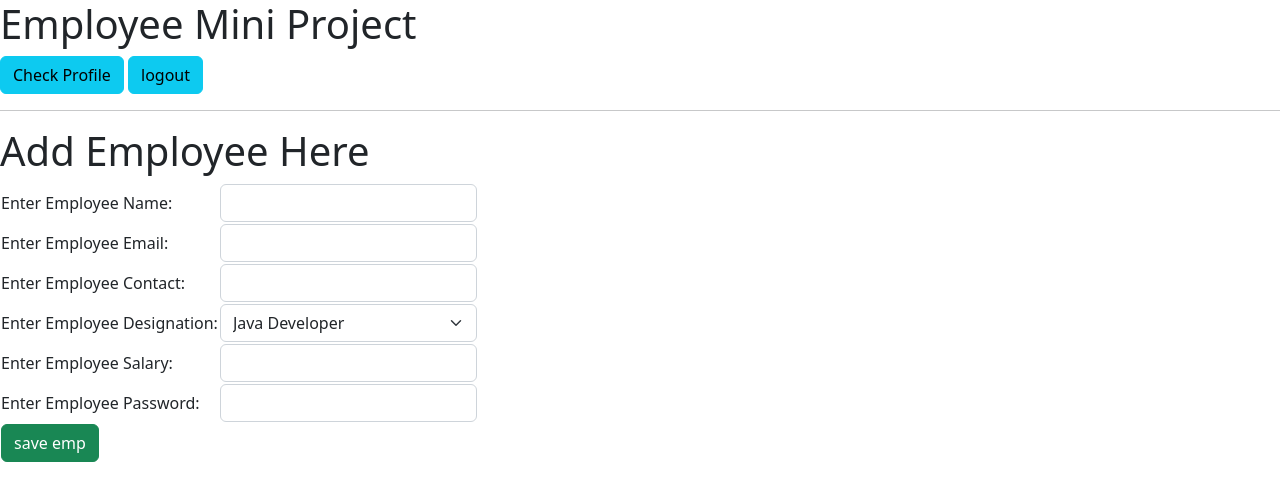
Repository: mca45034/MiniProjectp3
Page: http://localhost/miniproject/addEmployee.jsp
These files come from the project's save history. The page is drawn as it stood at one moment and after the next save; the edit follows.
The browser window is 1280 px wide. The pictures show the whole page.
The page is served by Tomcat 9.

Above is the page before, as saved 2024-03-02 12:08:26.

After the next save:
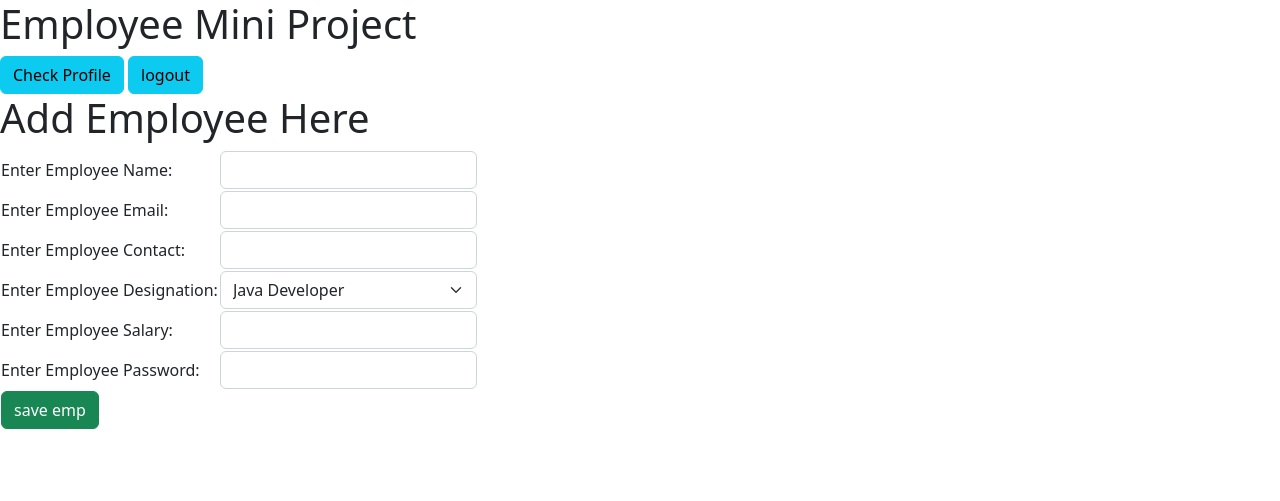
Saved 92 s later.
--- a/project/miniproject/src/main/webapp/header.jsp
+++ b/project/miniproject/src/main/webapp/header.jsp
@@ -18,15 +18,14 @@ if(user!=null){
 <%} %>
 
 <%if(user!=null && user.equalsIgnoreCase("admin")){ %>
-<a href="addEmployee.jsp" class="btn btn-info">Add Employee</a>
-<a href="employeec" class="btn btn-info">show Employee list</a>
+<a href="/MiniAppProject/jsp/addEmployee.jsp" class="btn btn-info">Add Employee</a>
+<a href="/MiniAppProject/employeec" class="btn btn-info">show Employee list</a>
 <%}
 else if(user!=null || user!="admin"){%>
-<a href="employeec?action=editbyemail&email=<%=user %>" class="btn btn-info">Check Profile</a>
+<a href="/MiniAppProject/employeec?action=editbyemail&email=<%=user %>" class="btn btn-info">Check Profile</a>
 <%
 }
 %>
-<a href="loginc" class="btn btn-info">logout</a>
-<hr>
+<a href="/MiniAppProject/loginc" class="btn btn-info">logout</a>
 </body>
 </html>
